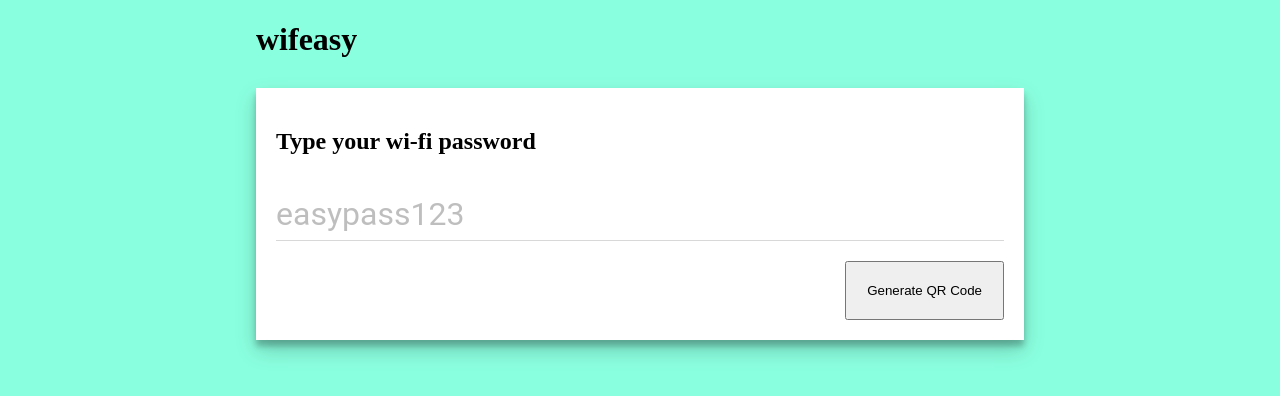
Repository: akagabi/wifeasy
Page: index.html
An editor plug-in stored every save of this project. The page is shown before and after the next save, followed by the edit.
The browser window is 1280 px wide. The pictures show the whole page.

Above is the page before, as saved 2018-12-25 12:55:27.

### index.html
<!DOCTYPE html>
<html lang="en">
<head>
    <meta charset="UTF-8">
    <meta name="viewport" content="width=device-width, initial-scale=1.0">
    <meta http-equiv="X-UA-Compatible" content="ie=edge">
    <title>Wifeasy</title>
    <link rel="stylesheet" href="style.css">
    <script src="index.js"></script>
</head>
<body>
    <div class="wrapper">
        <header class="header">
            <h1 class="header__title">
                wifeasy
            </h1>
        </header>
        <section class="steps">
            <article class="steps__container">
                <form class="form">
                    <h2 class="steps__title">
                        Type your wi-fi password
                    </h2>
                    <label class="input__wrapper">
                        <div class="input__container">
                            <input type="text" class="input" placeholder="easypass123">
                            <div class="input__line"></div>
                            <span class="input__placeholder">
                                easypass123
                            </span>
                        </div>
                    </label>
                    <div class="buttons">
                        <button class="button" type="button">
                            Generate QR Code
                        </button>
                    </div>
                </form>
            </article>
            <article class="steps__container hidden">

            </article>
        </section>
    </div>
</body>
</html>

### style.css
body {
    background-color: rgb(138, 255, 223);
}

.wrapper {
    margin: 0 auto;
    max-width: 768px;
}

.header__title {
    margin-bottom: 30px;
}

.input__wrapper {
    display: block;
    margin-bottom: 20px;
}

  .input {
    font-family: "Roboto";
    background-color: transparent;
    border: 0;
    color: #333333;
    font-size: 32px;
    line-height: 1.13;
    margin-top: 23px;
    outline: none;
    margin-bottom: 5px;
    position: relative;
    transition: border 0.125s ease-in-out;
    width: 100%;
  }
  .input::placeholder {
    color: transparent;
  }

  .input:placeholder-shown + .input__line::after {
    width: 0;
  }

  .input:placeholder-shown ~ .input__placeholder {
    font-size: 32px;
    opacity: 0.25;
    transform: translateY(0);
  }

  .input__container {
    position: relative;
  }

  .input__line {
    background-color: rgba(102, 102, 102, 0.25);
    bottom: 0;
    height: 1px;
    left: 0;
    position: absolute;
    right: 0;
  }

  .input__line::after {
    background-color: #00a2b5;
    content: "";
    position: absolute;
    left: 0;
    height: 2px;
    bottom: 0;
    width: 100%;
    transition: width 0.325s ease-in-out;
  }

  .input__wrapper {
    display: block;
  }

  .input__placeholder {
    font-family: "Roboto";
    bottom: 8px;
    left: 0;
    position: absolute;
    opacity: 0;
    pointer-events: none;
    transition: all 0.125s ease-in-out;
  }

  .steps {
    background-color: #fff;
    box-shadow: 0 10px 20px rgba(0,0,0,0.19), 0 6px 6px rgba(0,0,0,0.23);
    padding: 20px;
  }

  .buttons {
    display: flex;
    justify-content: flex-end;
  }

  .button {
    padding: 20px;
  }

Loaded but not shown: index.js (no copy from this time; the picture is the same without it)

After the next save:
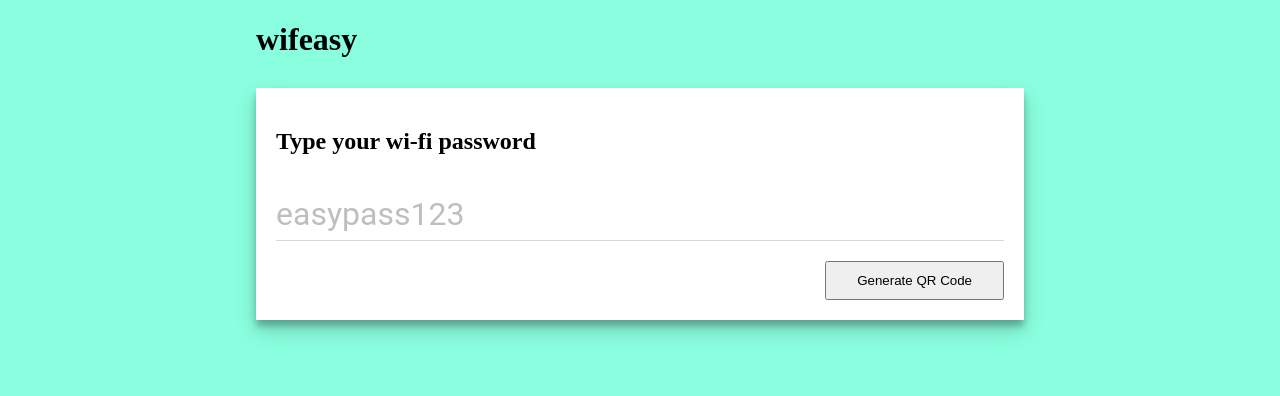
Saved 49 s later.
--- a/style.css
+++ b/style.css
@@ -94,5 +94,5 @@
   }
 
   .button {
-    padding: 20px;
+    padding: 10px 30px;
   }
